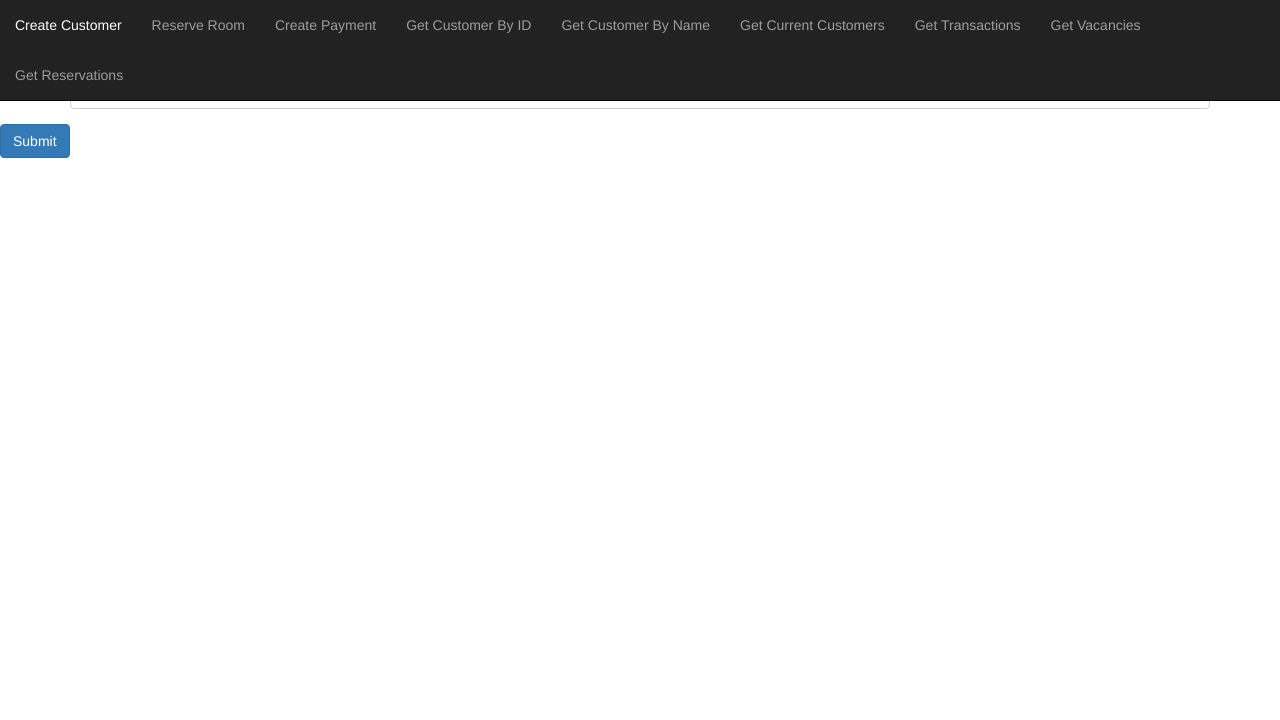
Repository: kddean/PA2
Page: Hotel Reservation System - Single Page/WebContent/HRS.html
The author's editor kept a copy of each file at every save. The page is drawn from the files as they stood at one save, then again after the next save.
The browser window is 1280 px wide. The pictures show the whole page.

Above is the page before, as saved 2016-04-08 03:33:01.

### Hotel Reservation System - Single Page/WebContent/HRS.html
<!DOCTYPE html>
<html>
<head>
<!-- <meta charset="ISO-8859-1"> -->
<meta charset="utf-8">
<meta name="viewport" content="width=device-width, initial-scale=1">
<link rel="stylesheet"
	href="http://maxcdn.bootstrapcdn.com/bootstrap/3.3.6/css/bootstrap.min.css">
<script
	src="https://ajax.googleapis.com/ajax/libs/jquery/1.12.0/jquery.min.js"></script>
<script
	src="http://maxcdn.bootstrapcdn.com/bootstrap/3.3.6/js/bootstrap.min.js"></script>
<title>HRS</title>
</head>
<body>

	<nav class="navbar navbar-inverse navbar-fixed-top">

		<ul class="nav navbar-nav">
			<li><a href="#FindForm">Create Customer</a></li>
			<li><a href="#RoomForm">Reserve Room</a></li>
			<li><a href="#PayForm">Create Payment</a></li>
			<li><a href="#TForm">Get Customer By ID</a></li>
			<li><a href="#CForm">Get Customer By Name</a></li>
			<li><a href="#section1">Get Current Customers</a></li>
			<li><a href="TForm">Get Transactions</a></li>
			<li><a href="#section1">Get Vacancies</a></li>
			<li><a href="#section1">Get Reservations</a></li>
	</ul>
	</nav>






	<div class="container">
		<p>Commands: Create Customer, Reserve Room, Create Payment, Get
			Customer By ID, Get Customer By Name, Get Current Customers, Get
			Transactions, Get Vacancies, Get Reservations</p>
		<form name="HRSForm">
			<div class="form-group">
				<label for="cmmd">Please Enter A Command:</label> <input type="text"
					class="form-control" name="cmmd" id="cmmd">
			</div>
		</form>
	</div>
	<button id="act" class="btn btn-primary">Submit</button>

	<div class="container">
		<form name="FindForm" id="FindForm" style="display: none;">
			<div class="form-group">
				<p>Please Enter The Following Info:</p>
				<label for="first">First Name:</label><input type="text"
					class="form-control" name="first"> <label for="last">Last
					Name:</label><input type="text" class="form-control" name="last"> <label
					for="phone">Phone Number</label><input type="text"
					class="form-control" name="phone"> <label for="address">Address:</label><input
					type="text" class="form-control" name="address"> <label
					for="city">City:</label><input type="text" class="form-control"
					name="city"> <label for="state"> State: (Ex: TN)</label><input
					type="text" class="form-control" name="state"> <label
					for="zip">Zip:</label><input type="text" class="form-control"
					name="zip"> <label for="checkin">Checkin Date: (Ex:
					YYYY-MM-DD)</label><input type="text" class="form-control" name="checkin">
				<label for="checkout">Checkout Date: (Ex: YYYY-MM-DD)</label><input
					type="text" class="form-control" name="checkout">
				<button id="cusub" class="btn btn-primary">Submit</button>
			</div>
		</form>
	</div>

	<div class="container">
		<form name="PayForm" id="PayForm" style="display: none;">
			<div class="form-group">
				<p>Please Enter The Following Info:</p>
				<label for="cid">Customer Id:</label><input type="text"
					class="form-control" name="cid"> <label for="room">Room
					Number:</label><input type="text" class="form-control" name="room">
				<label for="amount">Amount:</label><input type="text"
					class="form-control" name="amount"> <label for="cnn">Credit
					Card Number:</label><input type="text" class="form-control" name="ccn">
				<label for="edate">Expiration Date: (Ex: YYYY-MM-DD)</label><input
					type="text" class="form-control" name="edate">
				<button id="paysub" class="btn btn-primary">Submit</button>
			</div>
		</form>
	</div>

	<div class="container">
		<form name="RoomForm" id="RoomForm" style="display: none;">
			<div class="form-group">
				<p>Please Enter The Following Info:</p>
				<label for="cid">Customer Id:</label><input type="text"
					class="form-control" name="cid"> <label for="room">Room
					Number:</label><input type="text" class="form-control" name="room">
				<button id="roomsub" class="btn btn-primary">Submit</button>
			</div>
		</form>
	</div>

	<div class="container">
		<form name="CForm" id="CForm" style="display: none;">
			<div class="form-group">
				<p>Please Enter The Following Info:</p>
				<label for="cname">Customer First or Last Name:</label><input
					type="text" class="form-control" name="cname">
				<button id="csub" class="btn btn-primary">Submit</button>
			</div>
		</form>
	</div>

	<div class="container">
		<form name="TForm" id="TForm" style="display: none;">
			<div class="form-group">
				<p>Please Enter The Following Info:</p>
				<label for="id">Customer Id:</label><input type="text"
					class="form-control" name="id">
				<button id="tsub" class="btn btn-primary">Submit</button>
			</div>
		</form>
	</div>
	<!-- 	<script src="HRS.js"></script> -->



	<!-- <div id="sec">
        <fieldset>
            <legend id="ajaxResponse">Result</legend>
                 <div id="ajaxResponse"></div>
        </fieldset>
    </div>  -->
	<script>
		/* $(#cusub).click(function(){
		 $.ajax({
		 url:"/Hotel_Reservation_System_-_Single_Page/HRS.html",
		 method:"POST",
		 dataType: "text/javascript",
		 success: function(data,status,xhr){
		 $("#ajaxResponse").html(data);
		 },
		 error: function(data,status,xhr){
		 $("ajaxResponse").html("Error");
		 }
		 data: name
		 }  */
	</script>


	<script
		src="https://ajax.googleapis.com/ajax/libs/jquery/1.12.0/jquery.min.js"></script>
	<script type="text/javascript"></script>
	<script>
		var mmd = $("#cmmd").val();

		$("#act").click(function() {
			$("#FindForm").show();
		})

		/* if(mmd == "Reserve Room"){
			$("#act").click(function() {
				$("RoomForm").show();
			})
		} */
		/* if(mmd == "Create Payment"){
			$("#act").click(function() {
				$("#PayForm").show();
			})
		} */
		/* if(mmd == "Get Customer By ID"){
			$("#act").click(function() {
				$("#TForm").show();
			})
		} */
		/* if(mmd == "Get Customer By Name"){
			$("#act").click(function() {
				$("#CForm").show();
			})
		} */
		/* 		if(mmd == "Get Current Customers"){
		 $("#act").click(function() {
		 alert("This function isn't functional");
		 })
		 }
		 if(mmd == "Get Transactions"){
		 $("#act").click(function() {
		 $("#TForm").show();
		 })
		 }
		 if(mmd == "Get Vacancies"){

		 }
		 if(mmd == "Get Reservations"){}
		 */
	</script>
</body>
</html>

After the next save:
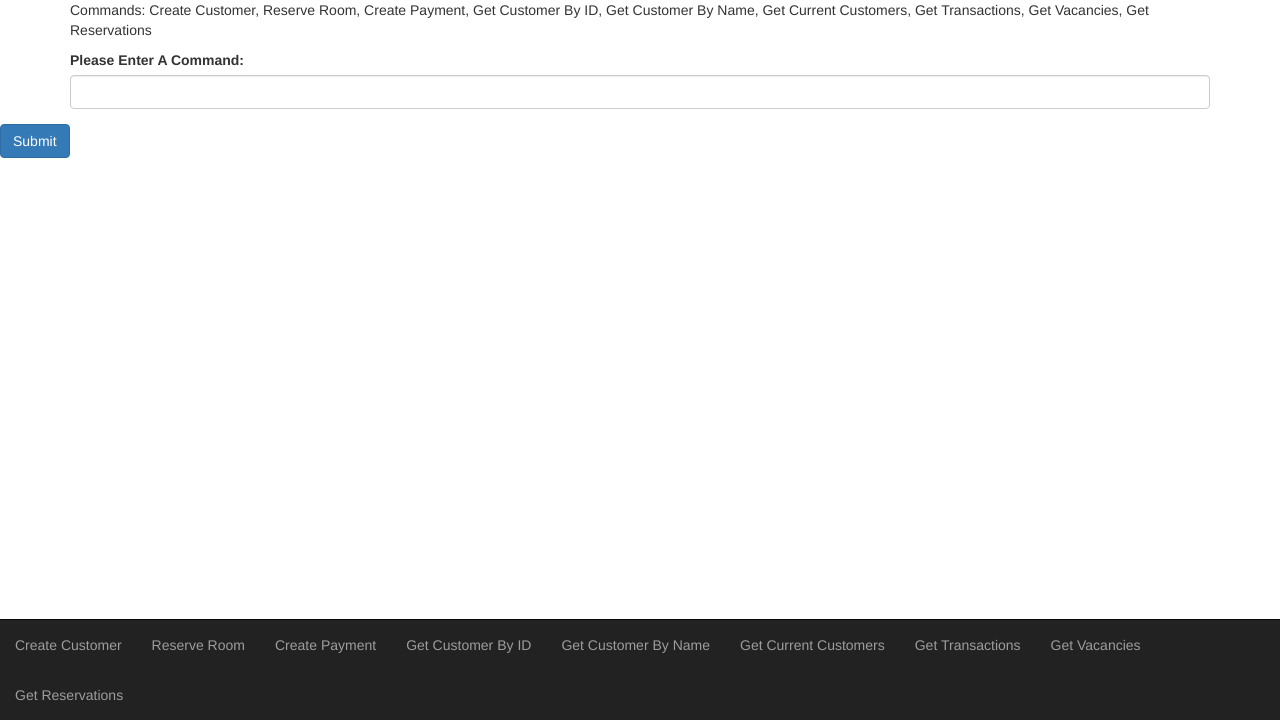
Saved 73 s later.
--- a/Hotel Reservation System - Single Page/WebContent/HRS.html
+++ b/Hotel Reservation System - Single Page/WebContent/HRS.html
@@ -14,7 +14,7 @@
 </head>
 <body>
 
-	<nav class="navbar navbar-inverse navbar-fixed-top">
+	<nav class="navbar navbar-inverse navbar-fixed-bottom">
 
 		<ul class="nav navbar-nav">
 			<li><a href="#FindForm">Create Customer</a></li>
